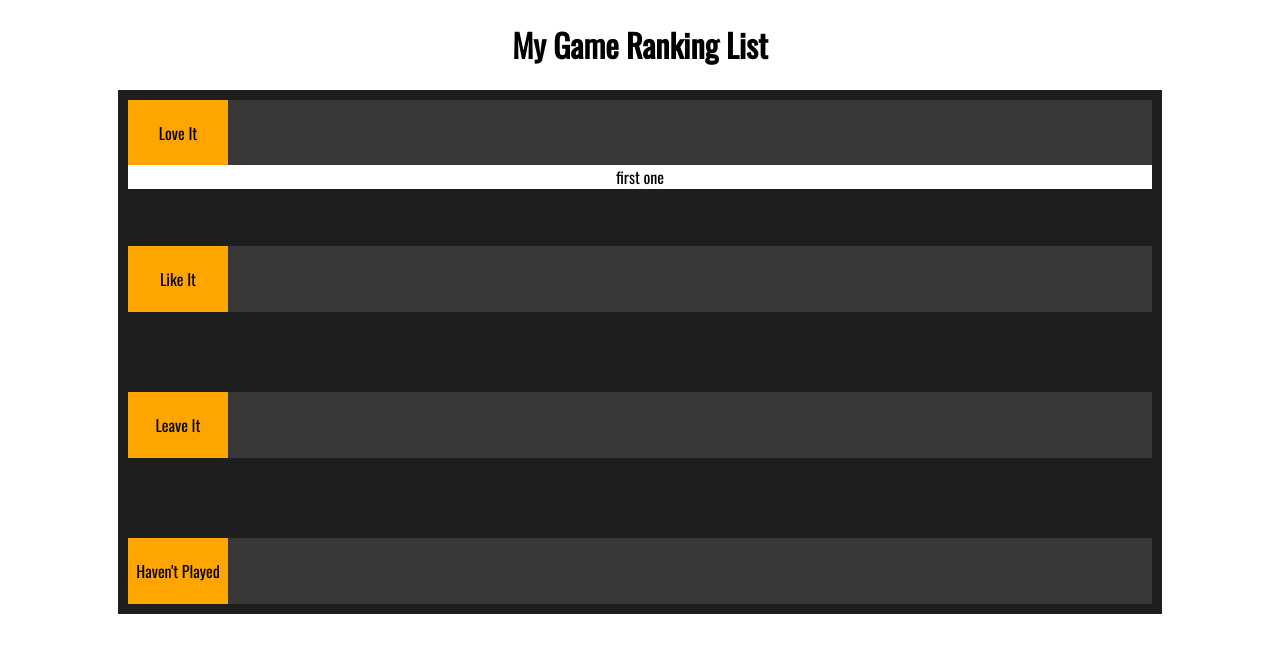
Repository: akiachenise/akiachenise.github.io
Page: JackboxGames_TierList_vanilla/index.html
The author's editor kept a copy of each file at every save. The page is drawn from the files as they stood at one save, then again after the next save.
The browser window is 1280 px wide. The pictures show the whole page.

Above is the page before, as saved 2022-11-26 14:28:21.

After the next save:
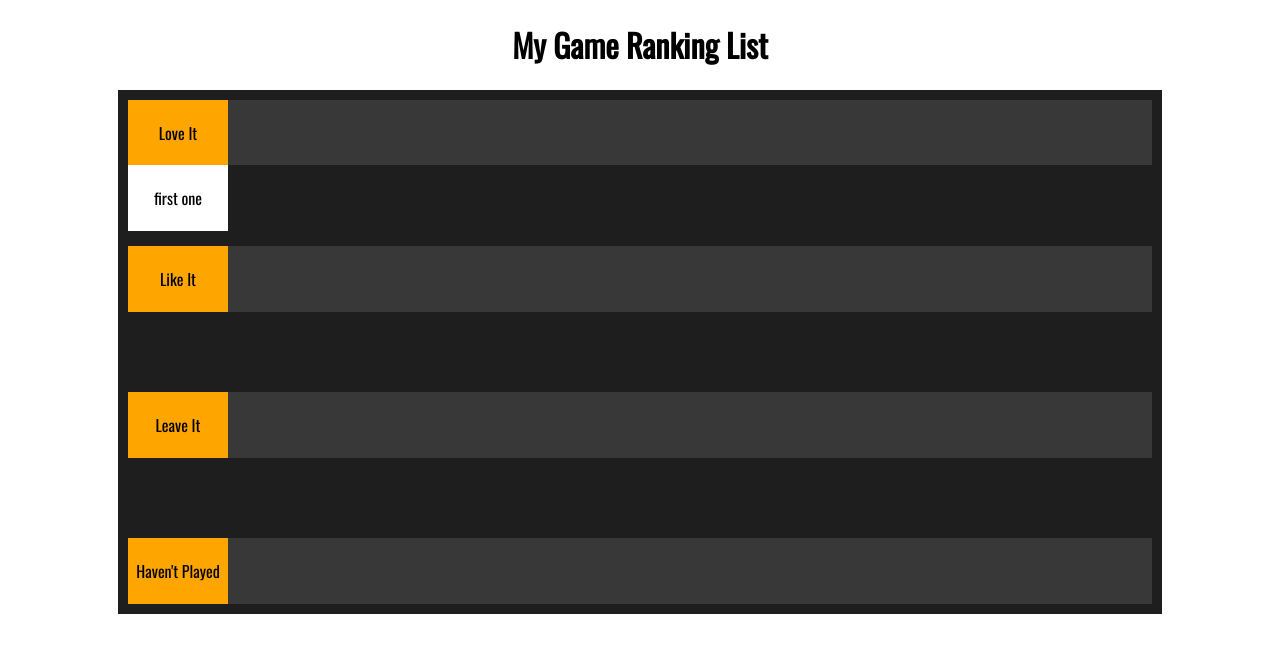
Saved 39 s later.
--- a/JackboxGames_TierList_vanilla/css/stylesheet.css
+++ b/JackboxGames_TierList_vanilla/css/stylesheet.css
@@ -34,6 +34,8 @@ body {
 }
 
 .card {
+    height: 100%;
+    width: 100px;
     display: flex;
     justify-content: center;
     align-items: center;
